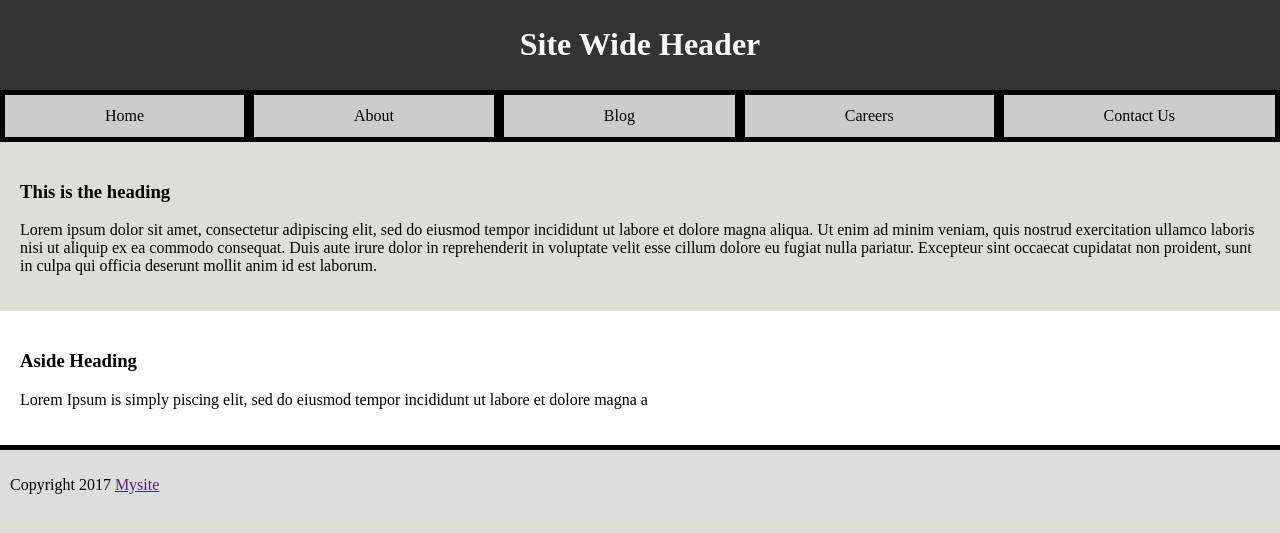
Repository: ayeza-baseer/AssignmentFlexbox
Page: assignment.html
The author's editor kept a copy of each file at every save. The page is drawn from the files as they stood at one save, then again after the next save.
The browser window is 1280 px wide. The pictures show the whole page.

Above is the page before, as saved 2023-03-17 16:23:51.

After the next save:
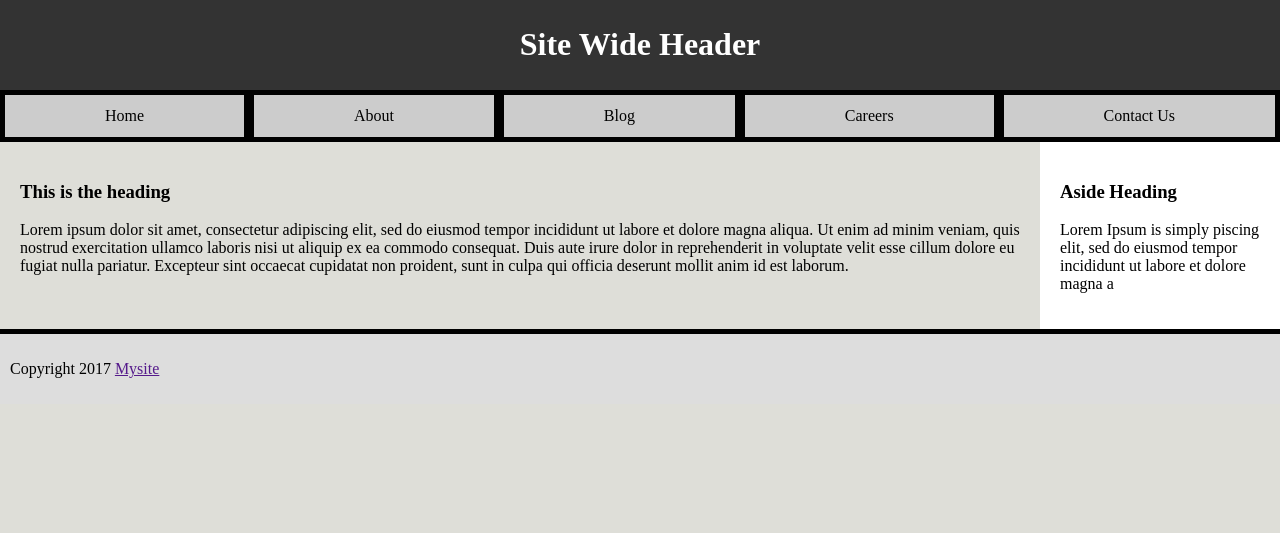
Saved 98 s later.
--- a/assignment.css
+++ b/assignment.css
@@ -41,7 +41,7 @@ body {
 }
 
 .row > .aside {
-  flex: 1 1 30%;
+    width: 200px;
   background-color: white;
 
   padding: 20px;
